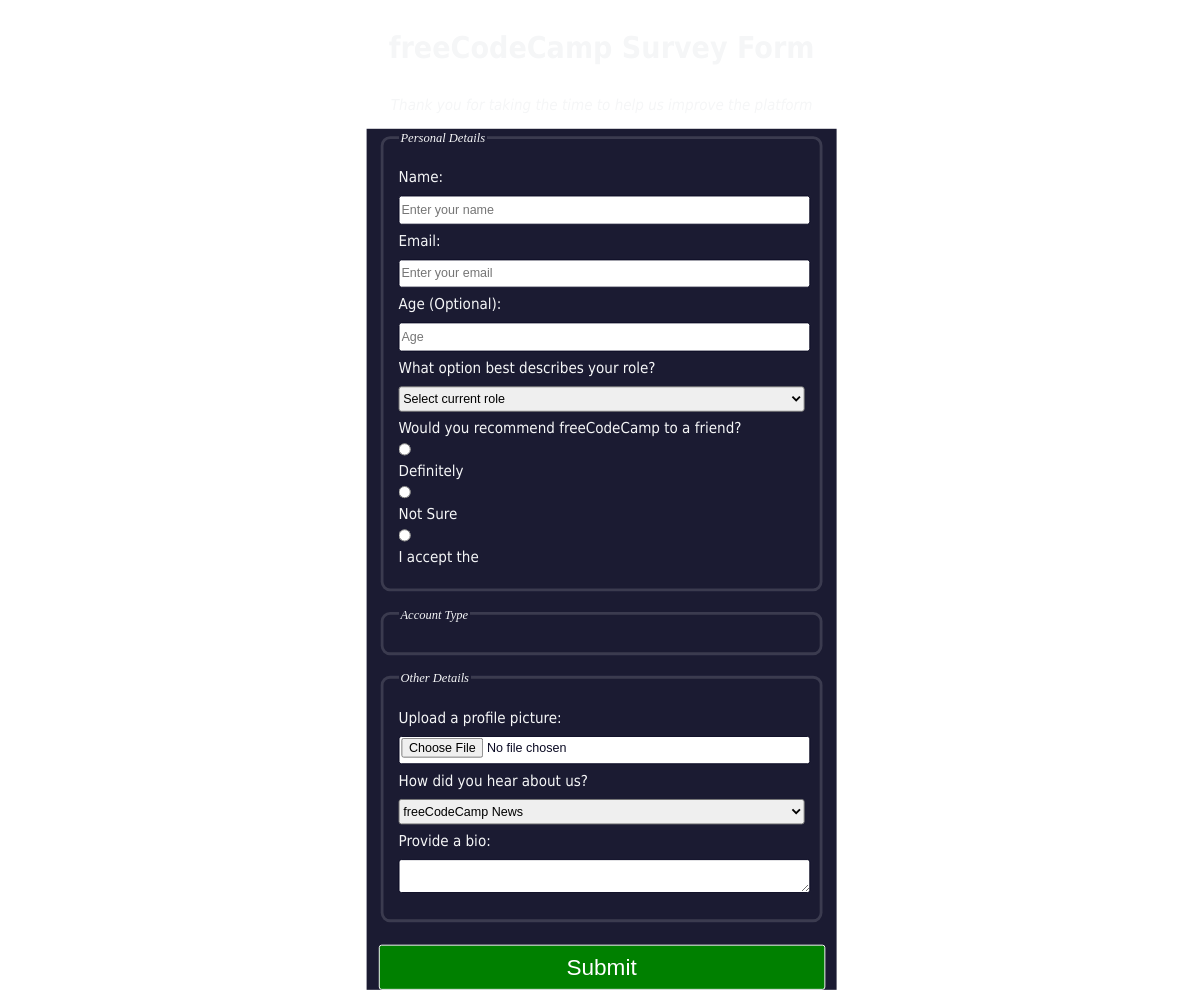
Repository: Lungdjos/survey_form_certification
Page: index.html
These files come from the project's save history. The page is drawn as it stood at one moment and after the next save; the edit follows.
The browser window is 1280 px wide. The pictures show the whole page, at 94% of full size.

Above is the page before, as saved 2023-09-30 02:43:12.

After the next save:
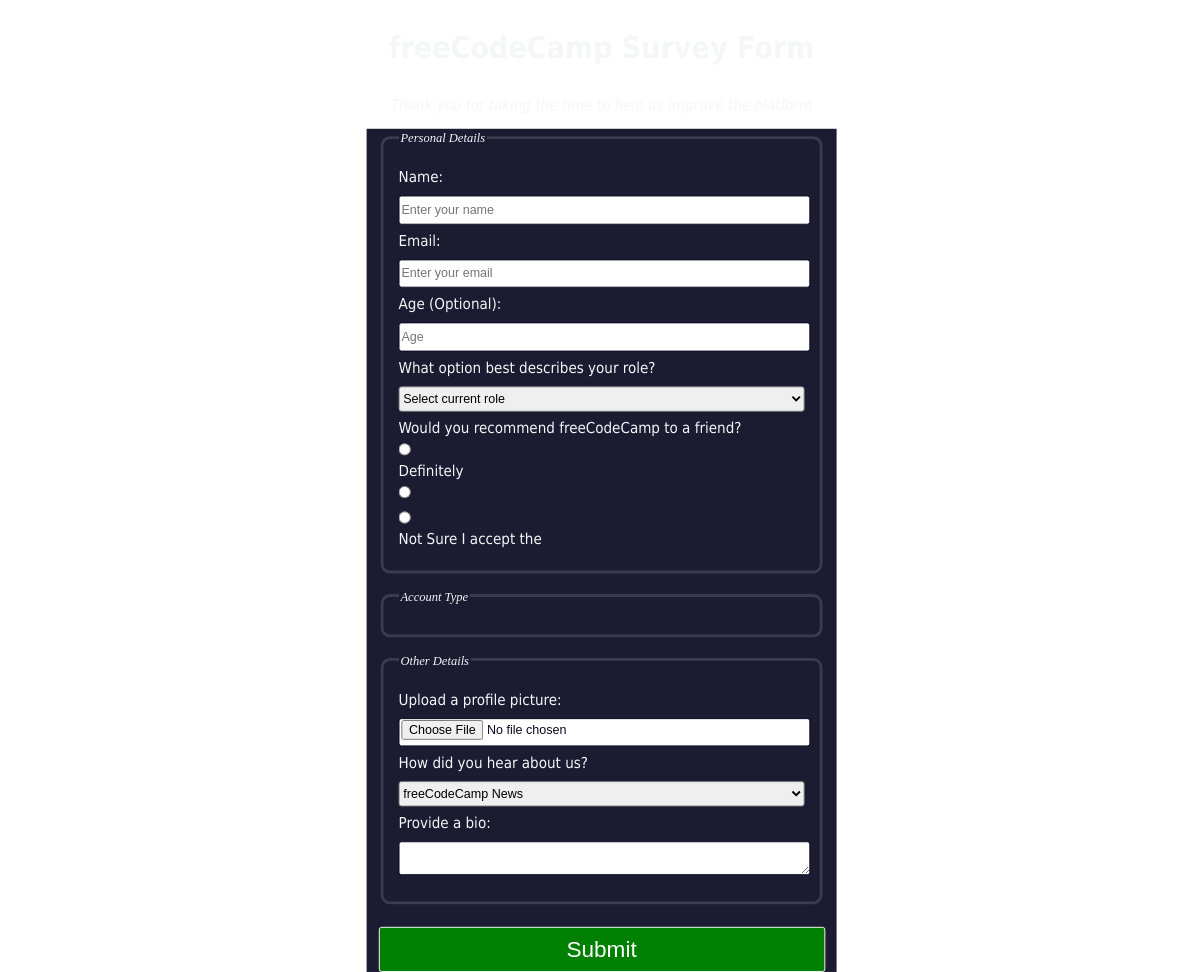
Saved 18 s later.
--- a/index.html
+++ b/index.html
@@ -29,8 +29,8 @@
             </label>
             <label for="">Would you recommend freeCodeCamp to a friend?
                 <input class="inline" type="radio" name="account-type" id="personal-account" selected> Definitely
-                <input class="inline" type="radio" name="account-type" id="business-account"> Not Sure
-                <input class="inline" type="radio" name="ts-and-cs" id="terms-and-conditions" required> I accept the
+                <input class="inline" type="radio" name="account-type" id="business-account">
+                <input class="inline" type="radio" name="ts-and-cs" id="terms-and-conditions" required>Not Sure I accept the
         </fieldset>
         <fieldset>
             <legend> <small>Account Type</small></legend>
